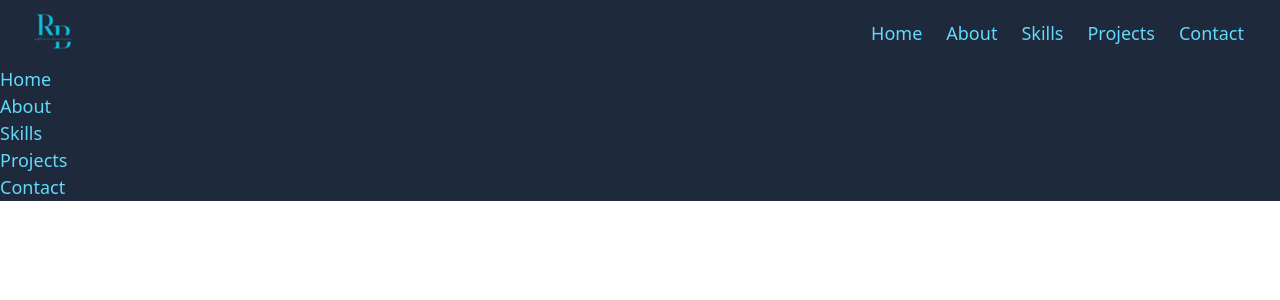
Repository: RawanBarakat-hub/portfolio
Page: /
An editor plug-in stored every save of this project. The page is shown before and after a run of saves, followed by the edit.
The browser window is 1280 px wide. The pictures show the whole page.
The project was rebuilt for these pictures with package versions that can differ from the ones it lists, and the page was loaded fresh each time. Also part of the build but not shown: vite.config.ts.

Above is the page before, as saved 2026-02-19 03:01:08.

After the next 4 saves:
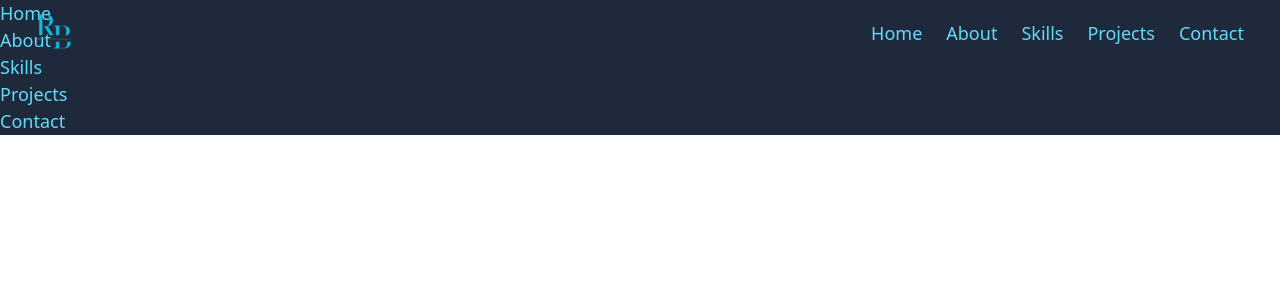
The 4 saves are shown as one change because they came seconds apart.
The last was saved 40 s later.
--- a/src/components/NavBar.tsx
+++ b/src/components/NavBar.tsx
@@ -6,7 +6,8 @@
     const [show,setShow]=useState<boolean>(false)
     return (
         <div>
-            <nav className="flex justify-between items-center pl-5 pr-9">
+            <nav className="flex justify-between items-center pl-5 pr-9 fixed top-0
+            w-full">
                 <div className="">
                     <img className="" src={logo.source} alt={logo.alternative} />
                 </div>
